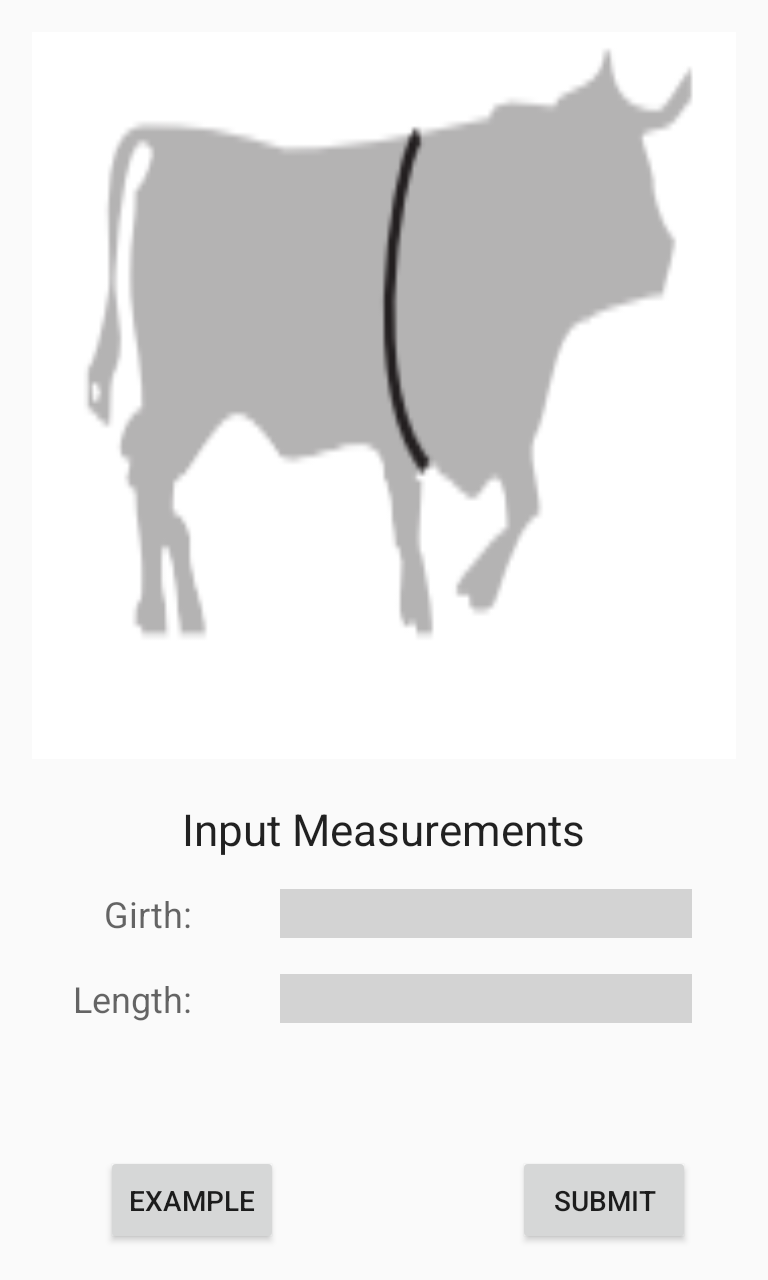
Repository: jdmielke/AnimalApp
Layout: AWEA/res/layout/activity_goat_measurement.xml
The author's editor kept a copy of each file at every save. The layout is drawn from the files as they stood at one save, then again after the next save.
It is drawn on a 768 x 1280 px phone screen (xhdpi) without system bars, with theme AppTheme; the app's code is not run.

Above is the layout before, as saved 2014-11-12 10:49:33.

After the next save:
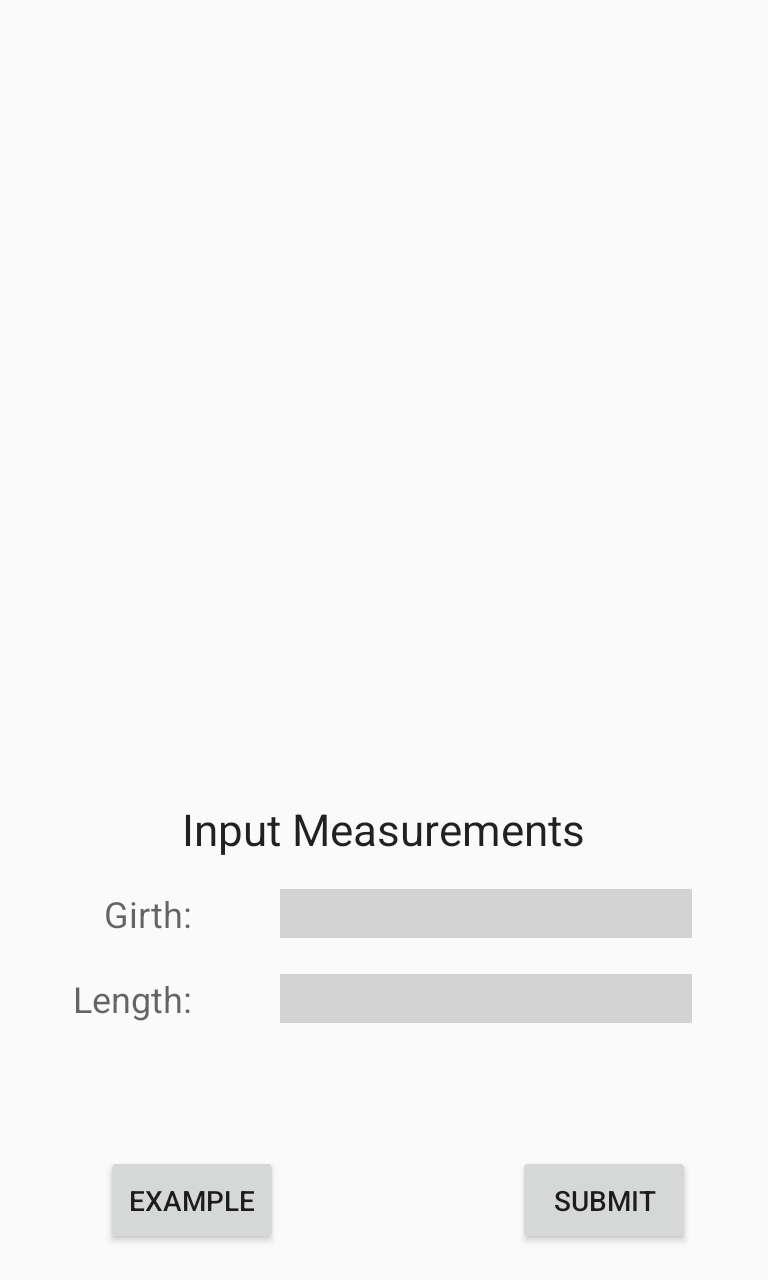
Saved 19 s later.
--- a/AWEA/res/layout/activity_goat_measurement.xml
+++ b/AWEA/res/layout/activity_goat_measurement.xml
@@ -89,16 +89,6 @@
         android:inputType="number|phone"
         android:singleLine="true" />
 
-    <ImageView
-        android:id="@+id/imageView1"
-        android:layout_width="wrap_content"
-        android:layout_height="wrap_content"
-        android:layout_above="@+id/textView1"
-        android:layout_alignParentLeft="true"
-        android:layout_alignParentRight="true"
-        android:layout_alignParentTop="true"
-        android:paddingBottom="20dp"
-        android:scaleType="fitXY"
-        android:src="@drawable/beefdiagram" />
+
 
 </RelativeLayout>
